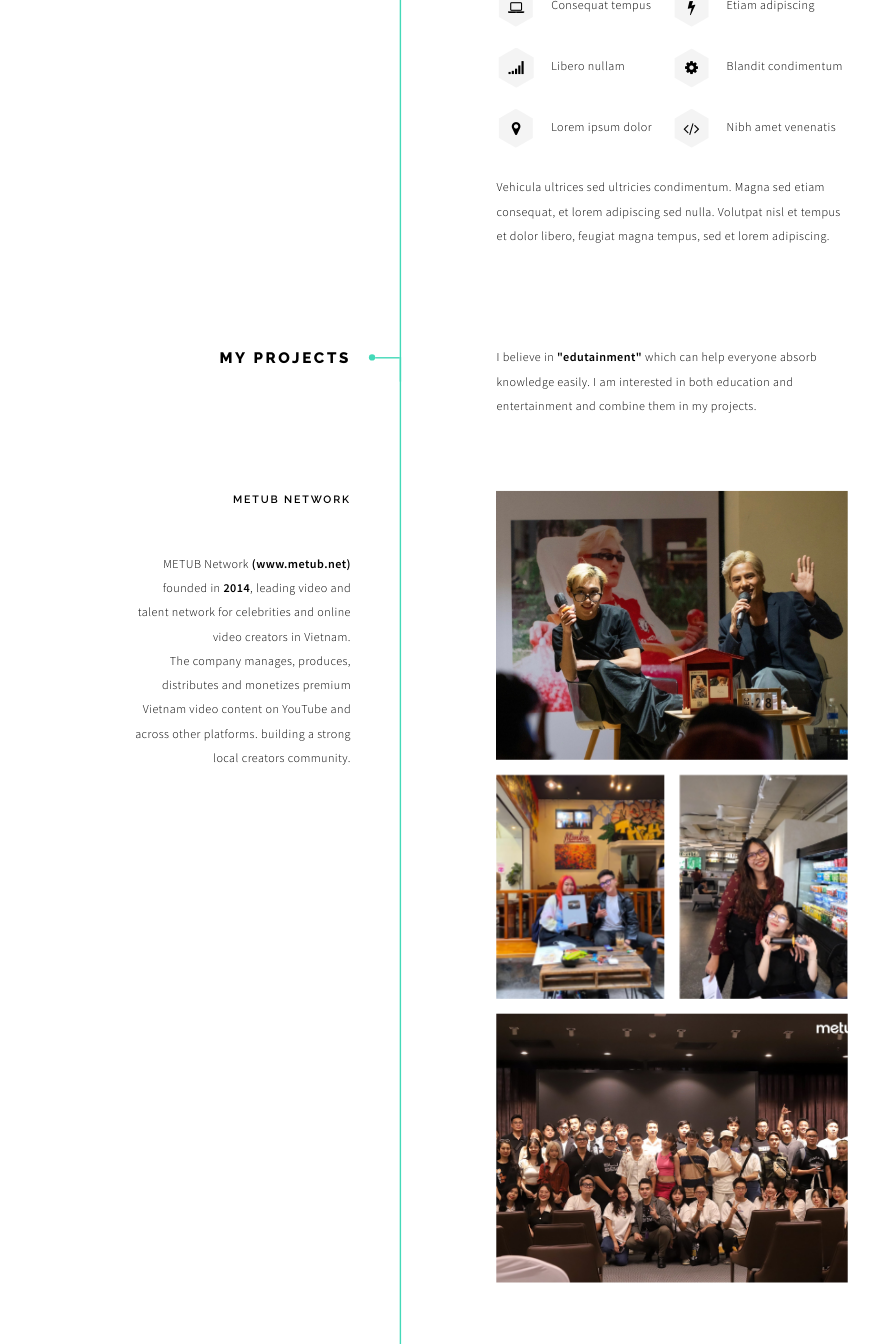
Repository: leonardin999/linh-porfolios
Page: index.html
These files come from the project's save history. The page is drawn as it stood at one moment and after the next save; the edit follows.
The browser window is 1280 px wide. The pictures show the part of the page from y = 3043 to 4963 px (the page is 7878 px tall), at 70% of full size.

Above is the page before, as saved 2023-01-24 20:48:19.

### index.html
<!DOCTYPE html>
<!--
	Paradigm Shift by HTML5 UP
	html5up.net | @ajlkn
	Free for personal and commercial use under the CCA 3.0 license (html5up.net/license)
-->
<html>
  <head>
    <title>Linh's Porfolio</title>
    <meta charset="utf-8" />
    <meta
      name="viewport"
      content="width=device-width, initial-scale=1, user-scalable=no"
    />
    <meta name="description" content="" />
    <meta name="keywords" content="" />
    <link rel="stylesheet" href="assets/css/main.css" />
  </head>
  <body class="is-preload">
    <!-- Wrapper -->
    <div id="wrapper">
      <!-- Intro -->
      <section class="intro">
        <header>
          <h1>PARTNERSHIP MARKETING EXECUTIVE</h1>
          <p>
            I'm interested in marketing. What I'm attempting to do is increase my abilities, contribute to business development, and satisfy client demand.
          </p>
          <ul class="actions">
            <li>
              <a href="#first" class="arrow scrolly"
                ><span class="label">Next</span></a
              >
            </li>
          </ul>
        </header>
        <div class="content">
          <span class="image fill" data-position="center"
            ><img src="images/pic01.jpg" alt=""
          /></span>
        </div>
      </section>

      <!-- Section -->
      <section id="first">
        <header>
          <h2>Experiences</h2>
        </header>
        <div class="content">
            <strong>METUB NETWORK | May, 2021 - Present</strong>
            <br><strong>Partnership Marketing Executive</strong></br>
            <ul class="">
              <li class="">Create awareness of marketing campaigns to train and educate YouTube creators to grow their channels</li>
              <li class="">Write copy for diverse marketing distributions (posters, Facebook posts for events, newsletters)</li>
              <li class="">Work closely with in-house Creative team to design marketing materials such as brochures, deck templates, newsletters, event posters</li>
              <li class="">Support in producing Monthly Newsletters to creators and YouTube partners, highlighting trending content and YouTube platform updates</li>
              <li class="">Support in partner- related projects and workshops as assigned by direct manager</li>
              <li class="">Support in organizing workshops in terms of marketing materials (banners, social posts, email invites), and logistics (gifting, venue sourcing, events planning) and induction content.</li>
              <li class="">Coordinate in Brand barter deals with Accounts team and Partner Management team</li>
            </ul>

            <strong>TEDxĐaKao | Nov, 2018 - Present</strong>
            <br><strong>Assistant to Organizer</strong></br>
            <ul class="">
              <li class="">Conduct overall marketing and growth plans in conjunction with the team; Mainly about building, branding and promoting information of TEDxĐaKao Speakers/ Ideas worth spreading.</li>
              <li class="">Scan the market for leads, ensure rigorous follow-ups and meetings</li>
              <li class="">Work closely with in-house Creative team to design marketing materials such as brochures, deck templates, newsletters, event posters</li>
              <li class="">Monitor industry activity and market trends relevant to the sponsorship of TEDxĐaKao</li>
              <li class="">Identify and execute pre-event, during events, and post-event stories, potential workshops/campaign and build growth campaign for TEDxĐaKao speakers + community - leading enriching community campaigns</li>
              <li class="">Support in organizing workshops in terms of marketing materials (banners, social posts, email invites), and logistics (gifting, venue sourcing, events planning) and induction content.</li>
              <li class="">A critical part of the role is client servicing – to be able to deliver on pre-agreed deliverables from both parties</li>
            </ul>


            <strong>Self Project | Oct, 2019 - Present</strong>
            <br><strong>Content Creator</strong></br>
            <div>
              <span>IG @foxdaholic | Oct, 2019 to Dec, 2022</span>
              <span><br>IG @vuumylinh  | Nov, 2022 to Present</br></span>
            </div>
            <ul class="">
              <li class="">Collaborate in Brand barter deals with F&B brand ands agencies.</li>
              <li class="">Take architectural photographs of restaurants and photographs of food and drinks.</li>
              <li class="">Share my own opinion about restaurants and their products in verbal.</li>
              <li class="">Do research into trending food and daily writing in an engaging way to attract readers.</li>
            </ul>
          </p>
        </div>
      </section>

      <!-- Section -->
      <section>
        <header>
          <h2>Feugiat consequat tempus ultrices</h2>
        </header>
        <div class="content">
          <p>
            <strong>Etiam tristique libero</strong> eu nibh porttitor amet
            fermentum. Nullam venenatis erat id vehicula ultrices sed ultricies
            condimentum.
          </p>
          <ul class="feature-icons">
            <li class="icon fa-laptop">Consequat tempus</li>
            <li class="icon fa-bolt">Etiam adipiscing</li>
            <li class="icon fa-signal">Libero nullam</li>
            <li class="icon fa-gear">Blandit condimentum</li>
            <li class="icon fa-map-marker">Lorem ipsum dolor</li>
            <li class="icon fa-code">Nibh amet venenatis</li>
          </ul>
          <p>
            Vehicula ultrices sed ultricies condimentum. Magna sed etiam
            consequat, et lorem adipiscing sed nulla. Volutpat nisl et tempus et
            dolor libero, feugiat magna tempus, sed et lorem adipiscing.
          </p>
        </div>
      </section>

      <!-- Section -->
      <section>
        <header>
          <h2>My Projects</h2>
        </header>
        <div class="content">
          <p>
            I believe in <strong>"edutainment"</strong> which can help everyone absorb knowledge easily.
            I am interested in both education and entertainment and combine them in my projects.
          </p>

          <!-- Section -->
          <section>
            <header>
              <h3>metub  network</h3>
              <p>
                <br>METUB Network <strong>(www.metub.net)</strong> founded in <strong>2014</strong>, leading video and talent network for celebrities and online video creators in Vietnam.
                <br>The company manages, produces, distributes and monetizes premium Vietnam video content on YouTube and across other platforms. building a strong local creators community.</p>
            </header>
            <div class="content">
              <div class="gallery">
                <a href="images/gallery/fulls/01.jpg" class="landscape"
                  ><img src="images/gallery/thumbs/01.jpg" alt=""
                /></a>
                <a href="images/gallery/fulls/02.jpg"
                  ><img src="images/gallery/thumbs/02.jpg" alt=""
                /></a>
                <a href="images/gallery/fulls/03.jpg"
                  ><img src="images/gallery/thumbs/03.jpg" alt=""
                /></a>
                <a href="images/gallery/fulls/04.jpg" class="landscape"
                  ><img src="images/gallery/thumbs/04.jpg" alt=""
                /></a>
              </div>
            </div>
          </section>

          <!-- Section -->
          <section>
            <header>
              <h3>Nisl consequat</h3>
              <p>
                Aenean ornare velit lacus, ac varius enim ullamcorper eu. Proin
                aliquam sed facilisis ante interdum congue. Integer mollis, nisl
                amet convallis, porttitor magna ullamcorper, amet mauris. Ut
                magna finibus nisi nec lacinia ipsum maximus.
              </p>
            </header>
            <div class="content">
              <div class="gallery">
                <a href="images/gallery/fulls/05.jpg" class="landscape"
                  ><img src="images/gallery/thumbs/05.jpg" alt=""
                /></a>
                <a href="images/gallery/fulls/06.jpg"
                  ><img src="images/gallery/thumbs/06.jpg" alt=""
                /></a>
                <a href="images/gallery/fulls/07.jpg"
                  ><img src="images/gallery/thumbs/07.jpg" alt=""
                /></a>
              </div>
            </div>
          </section>

          <!-- Section -->
          <section>
            <header>
              <h3>Lorem gravida</h3>
              <p>
                Proin aliquam facilisis ante interdum. Sed nulla amet lorem
                feugiat tempus aenean ornare velit lacus, ac varius sed enim
                lorem ullamcorper dolore. ac varius enim lorem ullamcorper
                dolore. Proin aliquam facilisis.
              </p>
            </header>
            <div class="content">
              <div class="gallery">
                <a href="images/gallery/fulls/08.jpg" class="portrait"
                  ><img src="images/gallery/thumbs/08.jpg" alt=""
                /></a>
                <a href="images/gallery/fulls/09.jpg" class="portrait"
                  ><img src="images/gallery/thumbs/09.jpg" alt=""
                /></a>
                <a href="images/gallery/fulls/10.jpg" class="landscape"
                  ><img src="images/gallery/thumbs/10.jpg" alt=""
                /></a>
              </div>
            </div>
          </section>
        </div>
      </section>

      <!-- Section -->
      <section>
        <header>
          <h2>Duis sed adpiscing veroeros amet</h2>
        </header>
        <div class="content">
          <p>
            <strong>Proin tempus feugiat</strong> sed varius enim lorem
            ullamcorper dolore aliquam aenean ornare velit lacus, ac varius enim
            lorem ullamcorper dolore.
          </p>
          <ul class="actions">
            <li><a href="#" class="button primary large">Get Started</a></li>
            <li><a href="#" class="button large">Learn More</a></li>
          </ul>
        </div>
      </section>

      <!-- Elements -->
      <!--
					<section>
						<header>
							<h2>Elements</h2>
						</header>
						<div class="content">

							<section>
								<header>
									<h3>Text</h3>
								</header>
								<div class="content">
									<p>This is <b>bold</b> and this is <strong>strong</strong>. This is <i>italic</i> and this is <em>emphasized</em>.
									This is <sup>superscript</sup> text and this is <sub>subscript</sub> text.
									This is <u>underlined</u> and this is code: <code>for (;;) { ... }</code>. Finally, <a href="#">this is a link</a>.</p>
									<hr />
									<h2>Heading Level 2</h2>
									<h3>Heading Level 3</h3>
									<h4>Heading Level 4</h4>
									<h5>Heading Level 5</h5>
									<hr />
									<h5>Blockquote</h5>
									<blockquote>Fringilla nisl. Donec accumsan interdum nisi, quis tincidunt felis sagittis eget tempus euismod. Vestibulum ante ipsum primis in faucibus vestibulum. Blandit adipiscing eu felis iaculis volutpat ac adipiscing accumsan faucibus. Vestibulum ante ipsum primis in faucibus lorem ipsum dolor sit amet nullam adipiscing eu felis.</blockquote>
									<h5>Preformatted</h5>
									<pre><code>i = 0;

while (!deck.isInOrder()) {
  print 'Iteration ' + i;
  deck.shuffle();
  i++;
}

print 'Sorted in ' + i + ' iterations.';</code></pre>
								</div>
							</section>

							<section>
								<header>
									<h3>Lists</h3>
								</header>
								<div class="content">

									<h4>Unordered</h4>
									<ul>
										<li>Dolor pulvinar etiam.</li>
										<li>Sagittis adipiscing.</li>
										<li>Felis enim feugiat.</li>
									</ul>

									<h4>Alternate</h4>
									<ul class="alt">
										<li>Dolor pulvinar etiam.</li>
										<li>Sagittis adipiscing.</li>
										<li>Felis enim feugiat.</li>
									</ul>

									<h4>Ordered</h4>
									<ol>
										<li>Dolor pulvinar etiam.</li>
										<li>Etiam vel felis viverra.</li>
										<li>Felis enim feugiat.</li>
										<li>Dolor pulvinar etiam.</li>
										<li>Etiam vel felis lorem.</li>
										<li>Felis enim et feugiat.</li>
									</ol>
									<h4>Icons</h4>
									<ul class="icons">
										<li><a href="#" class="icon fa-twitter"><span class="label">Twitter</span></a></li>
										<li><a href="#" class="icon fa-facebook"><span class="label">Facebook</span></a></li>
										<li><a href="#" class="icon fa-instagram"><span class="label">Instagram</span></a></li>
										<li><a href="#" class="icon fa-github"><span class="label">Github</span></a></li>
									</ul>

									<h4>Actions</h4>
									<ul class="actions">
										<li><a href="#" class="button primary">Default</a></li>
										<li><a href="#" class="button">Default</a></li>
									</ul>
									<ul class="actions stacked">
										<li><a href="#" class="button primary">Default</a></li>
										<li><a href="#" class="button">Default</a></li>
									</ul>
								</div>
							</section>

							<section>
								<header>
									<h3>Table</h3>
								</header>
								<div class="content">
									<h4>Default</h4>
									<div class="table-wrapper">
										<table>
											<thead>
												<tr>
													<th>Name</th>
													<th>Description</th>
													<th>Price</th>
												</tr>
											</thead>
											<tbody>
												<tr>
													<td>Item One</td>
													<td>Ante turpis integer aliquet porttitor.</td>
													<td>29.99</td>
												</tr>
												<tr>
													<td>Item Two</td>
													<td>Vis ac commodo adipiscing arcu aliquet.</td>
													<td>19.99</td>
												</tr>
												<tr>
													<td>Item Three</td>
													<td> Morbi faucibus arcu accumsan lorem.</td>
													<td>29.99</td>
												</tr>
												<tr>
													<td>Item Four</td>
													<td>Vitae integer tempus condimentum.</td>
													<td>19.99</td>
												</tr>
												<tr>
													<td>Item Five</td>
													<td>Ante turpis integer aliquet porttitor.</td>
													<td>29.99</td>
												</tr>
											</tbody>
											<tfoot>
												<tr>
													<td colspan="2"></td>
													<td>100.00</td>
												</tr>
											</tfoot>
										</table>
									</div>

									<h4>Alternate</h4>
									<div class="table-wrapper">
										<table class="alt">
											<thead>
												<tr>
													<th>Name</th>
													<th>Description</th>
													<th>Price</th>
												</tr>
											</thead>
											<tbody>
												<tr>
													<td>Item One</td>
													<td>Ante turpis integer aliquet porttitor.</td>
													<td>29.99</td>
												</tr>
												<tr>
													<td>Item Two</td>
													<td>Vis ac commodo adipiscing arcu aliquet.</td>
													<td>19.99</td>
												</tr>
												<tr>
													<td>Item Three</td>
													<td> Morbi faucibus arcu accumsan lorem.</td>
													<td>29.99</td>
												</tr>
												<tr>
													<td>Item Four</td>
													<td>Vitae integer tempus condimentum.</td>
													<td>19.99</td>
												</tr>
												<tr>
													<td>Item Five</td>
													<td>Ante turpis integer aliquet porttitor.</td>
													<td>29.99</td>
												</tr>
											</tbody>
											<tfoot>
												<tr>
													<td colspan="2"></td>
													<td>100.00</td>
												</tr>
											</tfoot>
										</table>
									</div>
								</div>
							</section>

							<section>
								<header>
									<h3>Buttons</h3>
								</header>
								<div class="content">
									<ul class="actions">
										<li><a href="#" class="button primary">Primary</a></li>
										<li><a href="#" class="button">Default</a></li>
									</ul>
									<ul class="actions">
										<li><a href="#" class="button large">Large</a></li>
										<li><a href="#" class="button">Default</a></li>
										<li><a href="#" class="button small">Small</a></li>
									</ul>
									<ul class="actions">
										<li><a href="#" class="button primary icon fa-download">Icon</a></li>
										<li><a href="#" class="button icon fa-download">Icon</a></li>
									</ul>
									<ul class="actions">
										<li><span class="button primary disabled">Disabled</span></li>
										<li><span class="button disabled">Disabled</span></li>
									</ul>
								</div>
							</section>

							<section>
								<header>
									<h3>Form</h3>
								</header>
								<div class="content">
									<form method="post" action="#">
										<div class="fields">
											<div class="field half">
												<label for="demo-name">Name</label>
												<input type="text" name="demo-name" id="demo-name" value="" placeholder="Jane Doe" />
											</div>
											<div class="field half">
												<label for="demo-email">Email</label>
												<input type="email" name="demo-email" id="demo-email" value="" placeholder="jane@untitled.tld" />
											</div>
											<div class="field">
												<label for="demo-category">Category</label>
												<select name="demo-category" id="demo-category">
													<option value="">-</option>
													<option value="1">Manufacturing</option>
													<option value="1">Shipping</option>
													<option value="1">Administration</option>
													<option value="1">Human Resources</option>
												</select>
											</div>
											<div class="field half">
												<input type="radio" id="demo-priority-low" name="demo-priority" checked>
												<label for="demo-priority-low">Low</label>
											</div>
											<div class="field half">
												<input type="radio" id="demo-priority-high" name="demo-priority">
												<label for="demo-priority-high">High</label>
											</div>
											<div class="field half">
												<input type="checkbox" id="demo-copy" name="demo-copy">
												<label for="demo-copy">Email me a copy</label>
											</div>
											<div class="field half">
												<input type="checkbox" id="demo-human" name="demo-human" checked>
												<label for="demo-human">Not a robot</label>
											</div>
											<div class="field">
												<label for="demo-message">Message</label>
												<textarea name="demo-message" id="demo-message" placeholder="Enter your message" rows="6"></textarea>
											</div>
										</div>
										<ul class="actions">
											<li><input type="submit" value="Send Message" class="primary" /></li>
											<li><input type="reset" value="Reset" /></li>
										</ul>
									</form>
								</div>
							</section>

						</div>
					</section>
				-->

      <!-- Section -->
      <section>
        <header>
          <h2>Get in touch</h2>
        </header>
        <div class="content">
          <p>
            <strong>Auctor commodo</strong> interdum et malesuada fames ac ante
            ipsum primis in faucibus. Pellentesque venenatis dolor imperdiet
            dolor mattis sagittis.
          </p>
          <form>
            <div class="fields">
              <div class="field half">
                <input type="text" name="name" id="name" placeholder="Name" />
              </div>
              <div class="field half">
                <input
                  type="email"
                  name="email"
                  id="email"
                  placeholder="Email"
                />
              </div>
              <div class="field">
                <textarea
                  name="message"
                  id="message"
                  placeholder="Message"
                  rows="7"
                ></textarea>
              </div>
            </div>
            <ul class="actions">
              <li>
                <input
                  type="submit"
                  value="Send Message"
                  class="button primary"
                />
              </li>
            </ul>
          </form>
        </div>
        <footer>
          <ul class="items">
            <li>
              <h3>Email</h3>
              <a href="#">information@untitled.ext</a>
            </li>
            <li>
              <h3>Phone</h3>
              <a href="#">(000) 000-0000</a>
            </li>
            <li>
              <h3>Address</h3>
              <span>1234 Somewhere Road, Nashville, TN 00000</span>
            </li>
            <li>
              <h3>Elsewhere</h3>
              <ul class="icons">
                <li>
                  <a href="#" class="icon fa-twitter"
                    ><span class="label">Twitter</span></a
                  >
                </li>
                <li>
                  <a href="#" class="icon fa-facebook"
                    ><span class="label">Facebook</span></a
                  >
                </li>
                <li>
                  <a href="#" class="icon fa-instagram"
                    ><span class="label">Instagram</span></a
                  >
                </li>
                <li>
                  <a href="#" class="icon fa-linkedin"
                    ><span class="label">LinkedIn</span></a
                  >
                </li>
                <li>
                  <a href="#" class="icon fa-github"
                    ><span class="label">GitHub</span></a
                  >
                </li>
                <li>
                  <a href="#" class="icon fa-codepen"
                    ><span class="label">Codepen</span></a
                  >
                </li>
              </ul>
            </li>
          </ul>
        </footer>
      </section>

      <!-- Copyright -->
      <div class="copyright">
        &copy; Untitled. All rights reserved. Design:
        <a href="https://html5up.net">HTML5 UP</a>. Distributed by
        <a href="https://themewagon.com/">ThemeWagon</a>
      </div>
    </div>

    <!-- Scripts -->
    <script src="assets/js/jquery.min.js"></script>
    <script src="assets/js/jquery.scrolly.min.js"></script>
    <script src="assets/js/browser.min.js"></script>
    <script src="assets/js/breakpoints.min.js"></script>
    <script src="assets/js/util.js"></script>
    <script src="assets/js/main.js"></script>
  </body>
</html>

Loaded but not shown: assets/js/jquery.min.js (library); assets/js/jquery.scrolly.min.js (common file); assets/js/browser.min.js (common file); assets/js/breakpoints.min.js (common file); assets/css/font-awesome.min.css (library); assets/js/util.js (587 lines, source omitted); assets/js/main.js (208 lines, source omitted); assets/css/main.css (3922 lines, source omitted)

After the next save:
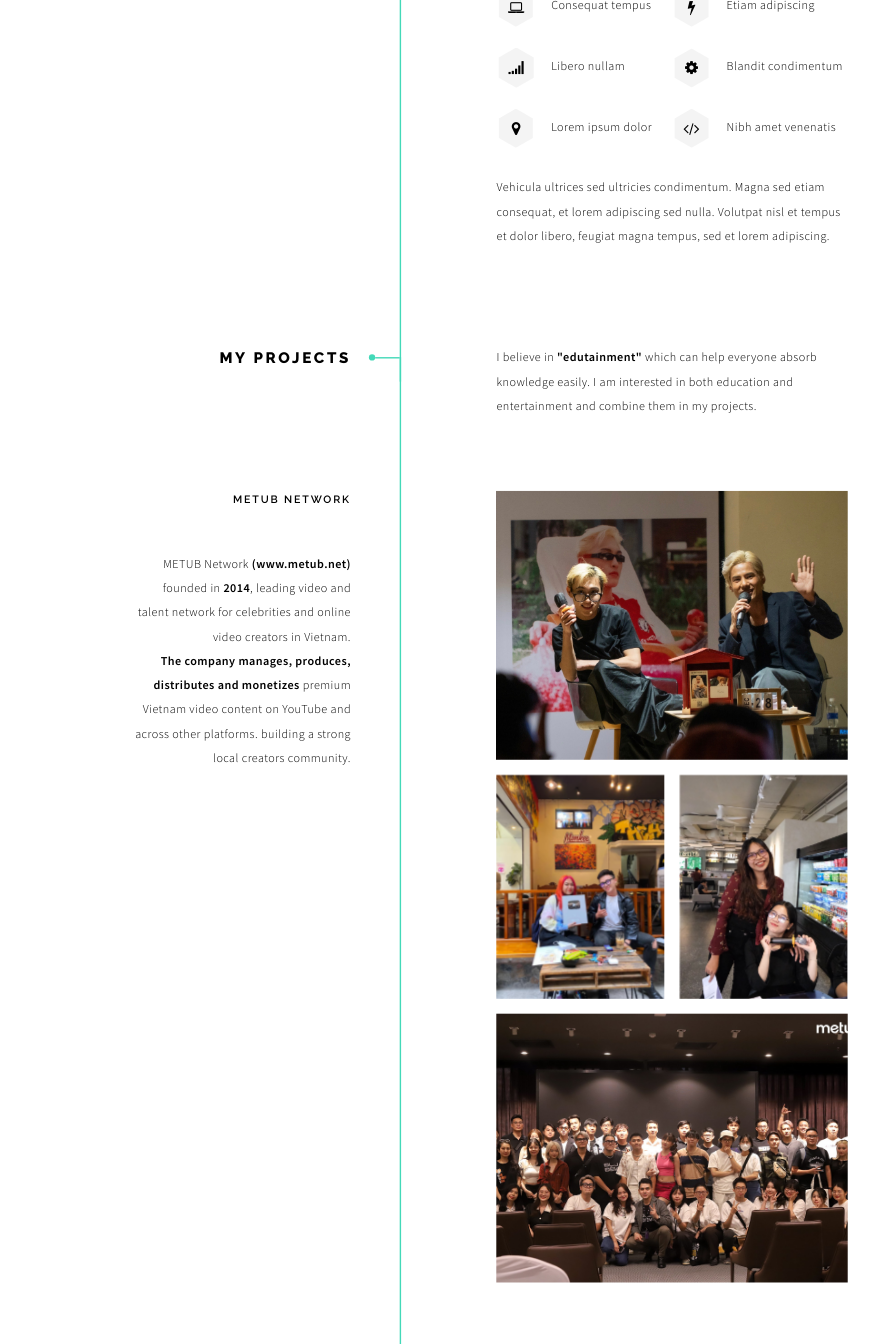
Saved 35 s later.
--- a/index.html
+++ b/index.html
@@ -132,7 +132,7 @@
               <h3>metub  network</h3>
               <p>
                 <br>METUB Network <strong>(www.metub.net)</strong> founded in <strong>2014</strong>, leading video and talent network for celebrities and online video creators in Vietnam.
-                <br>The company manages, produces, distributes and monetizes premium Vietnam video content on YouTube and across other platforms. building a strong local creators community.</p>
+                <br><strong>The company manages, produces, distributes and monetizes</strong> premium Vietnam video content on YouTube and across other platforms. building a strong local creators community.</p>
             </header>
             <div class="content">
               <div class="gallery">
